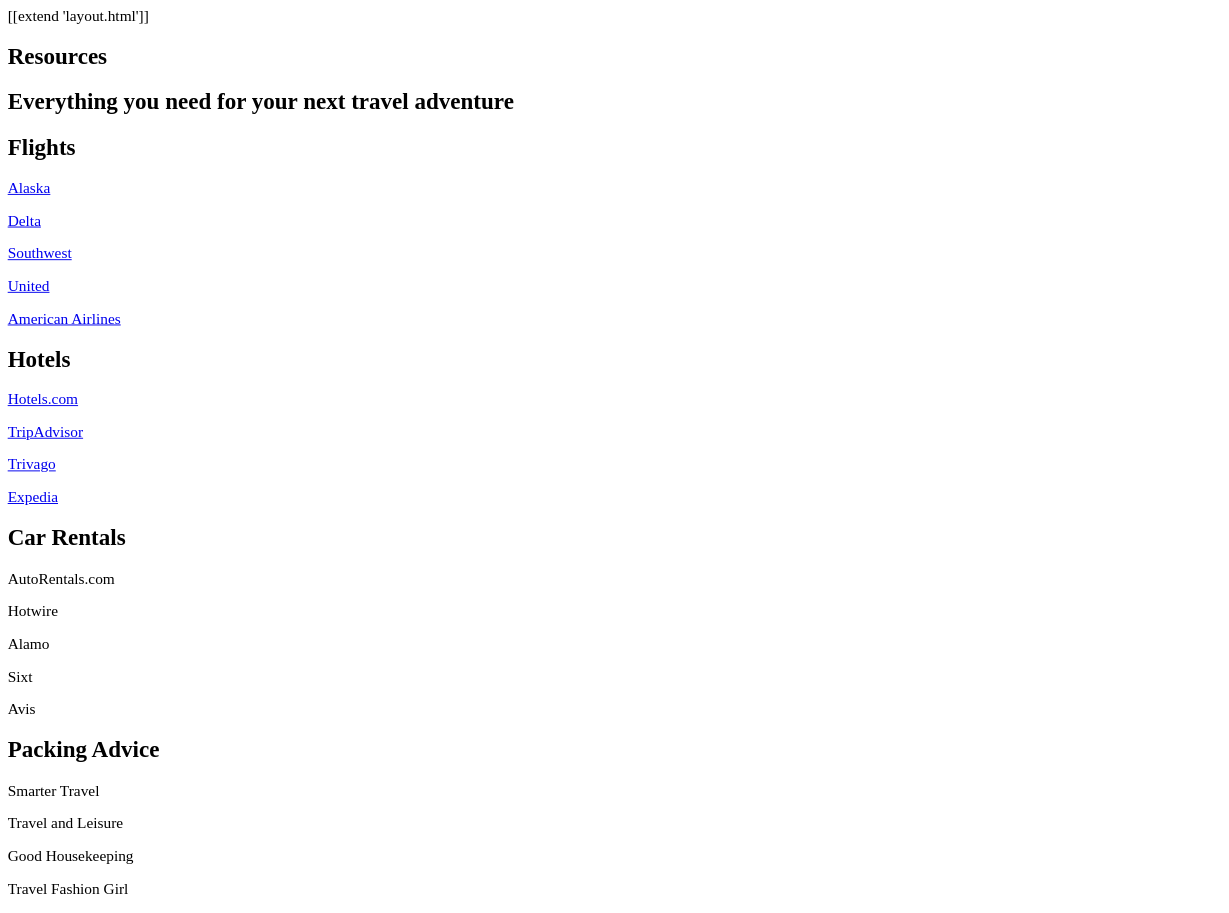
Repository: mreyeszaz/travel-tea-website
Page: templates/resources.html
The author's editor kept a copy of each file at every save. The page is drawn from the files as they stood at one save, then again after the next save.
The browser window is 1280 px wide. The pictures show the whole page, at 96% of full size.

Above is the page before, as saved 2021-05-29 22:59:42.

### templates/resources.html
[[extend 'layout.html']]

<section>
    <div class="section">
        <h1 class="title">Resources</h1>
        <h2 class="subtitle">Everything you need for your next travel adventure</h2>

        <div class="box">
            <h2 class="subtitle">Flights</h2>
            <a href="https://www.alaskaair.com/"><p>Alaska</p></a>
            <a href="https://www.delta.com/"><p>Delta</p></a>
            <a href="https://www.southwest.com/"><p>Southwest</p></a>
            <a href="https://www.united.com/en/us"><p>United</p></a>
            <a href="https://www.aa.com/homePage.do"><p>American Airlines</p></a>

        </div>

        <div class="box">
            <h2 class="subtitle">Hotels</h2>
            <a href="https://www.hotels.com/"><p>Hotels.com</p></a>
            <a href="https://www.tripadvisor.com/"><p>TripAdvisor</p></a>
            <a href="https://www.trivago.com/"><p>Trivago</p></a>
            <a href="https://www.expedia.com/"><p>Expedia</p></a>


        </div>

        <div class="box">
            <h2 class="subtitle">Car Rentals</h2>
            <p> AutoRentals.com </p>
            <p> Hotwire </p>
            <p> Alamo </p>
            <p> Sixt </p>
            <p> Avis </p>
        </div>

        <div class="box">
            <h2 class="subtitle">Packing Advice</h2>
            <p> Smarter Travel </p>
            <p> Travel and Leisure </p>
            <p> Good Housekeeping </p>
            <p> Travel Fashion Girl </p>
        </div>
        <div></div>
    </div>
</section>

After the next save:
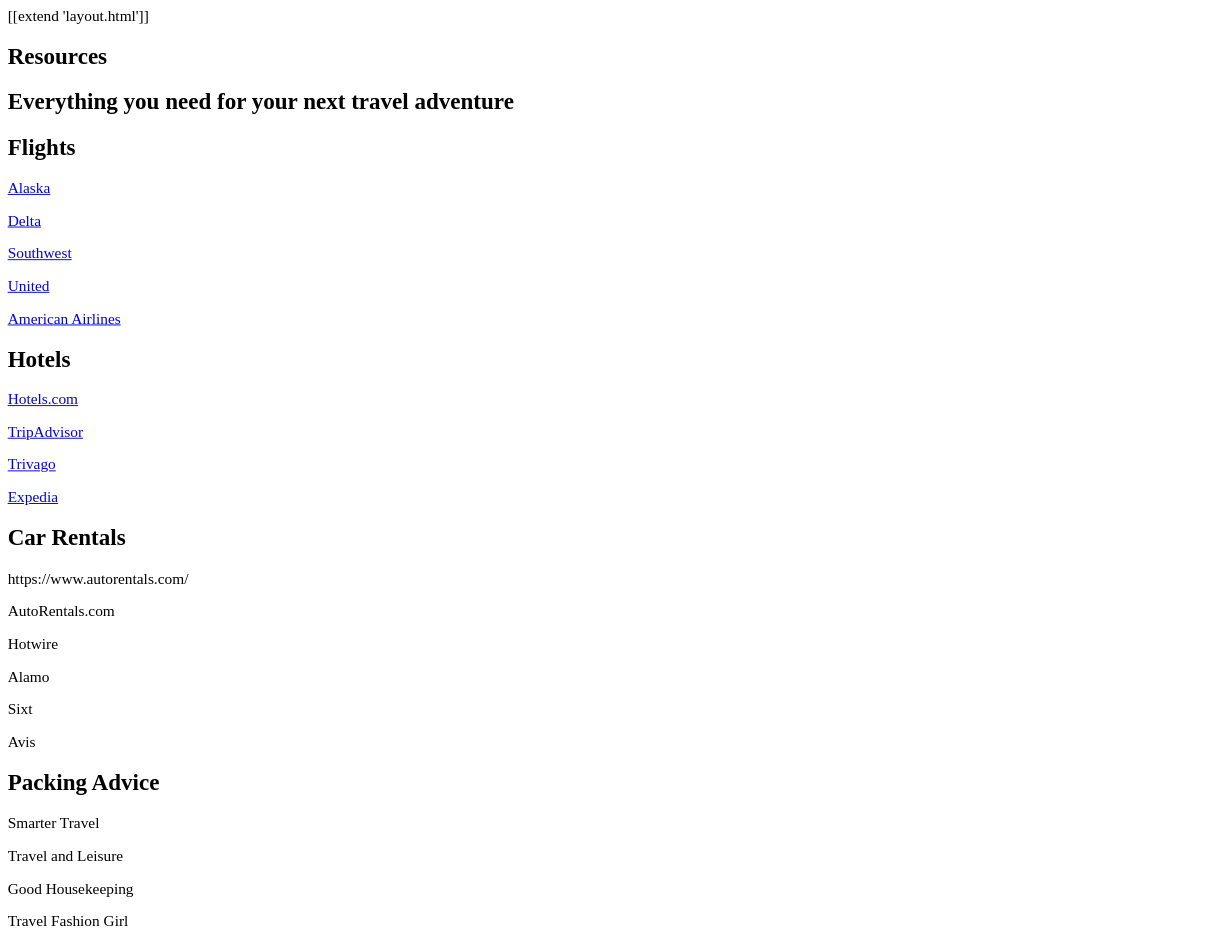
Saved 118 s later.
--- a/templates/resources.html
+++ b/templates/resources.html
@@ -27,6 +27,7 @@
 
         <div class="box">
             <h2 class="subtitle">Car Rentals</h2>
+            https://www.autorentals.com/
             <p> AutoRentals.com </p>
             <p> Hotwire </p>
             <p> Alamo </p>
